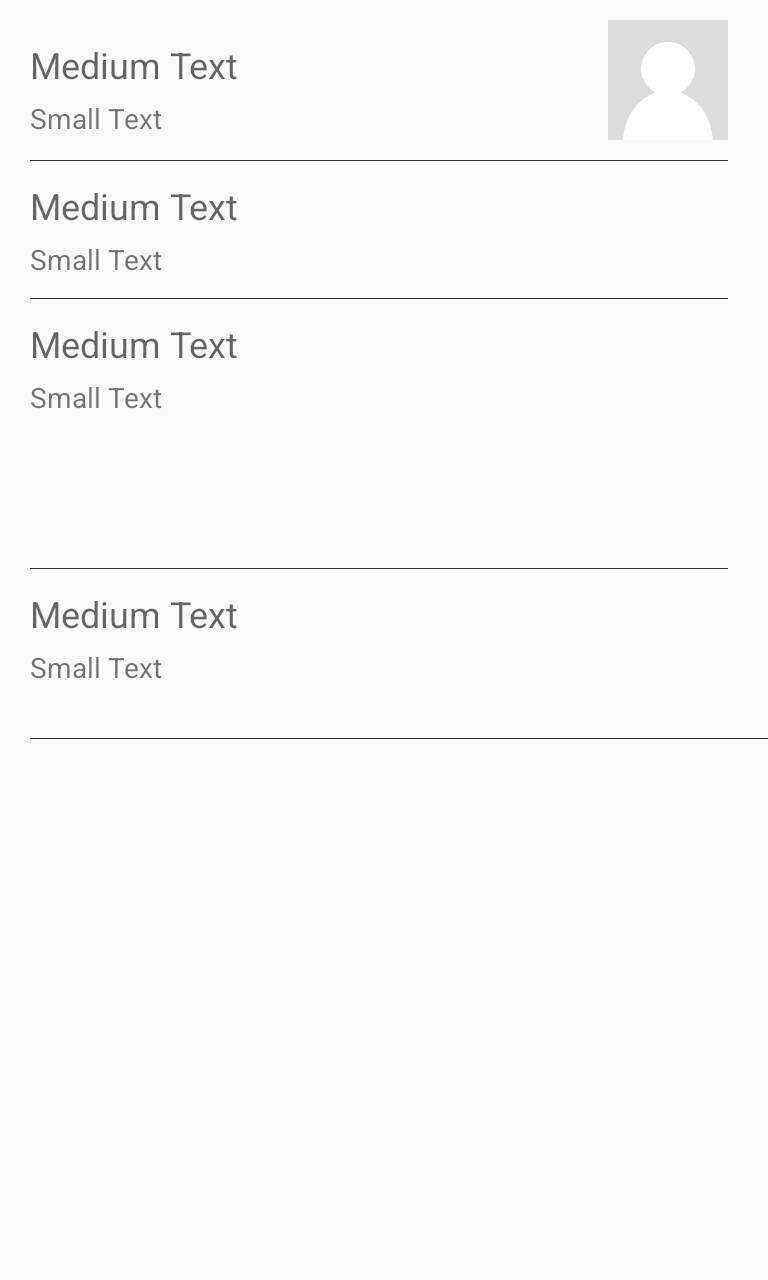
Repository: savindra/cutting-edge
Layout: Humzearch/res/layout/my_account.xml
An editor plug-in stored every save of this project. The layout is shown before and after the next save, followed by the edit.
It is drawn on a 768 x 1280 px phone screen (xhdpi) without system bars, with theme AppTheme; the app's code is not run. Lists and similar views that code fills are empty.

Above is the layout before, as saved 2015-06-19 15:23:38.

After the next save:
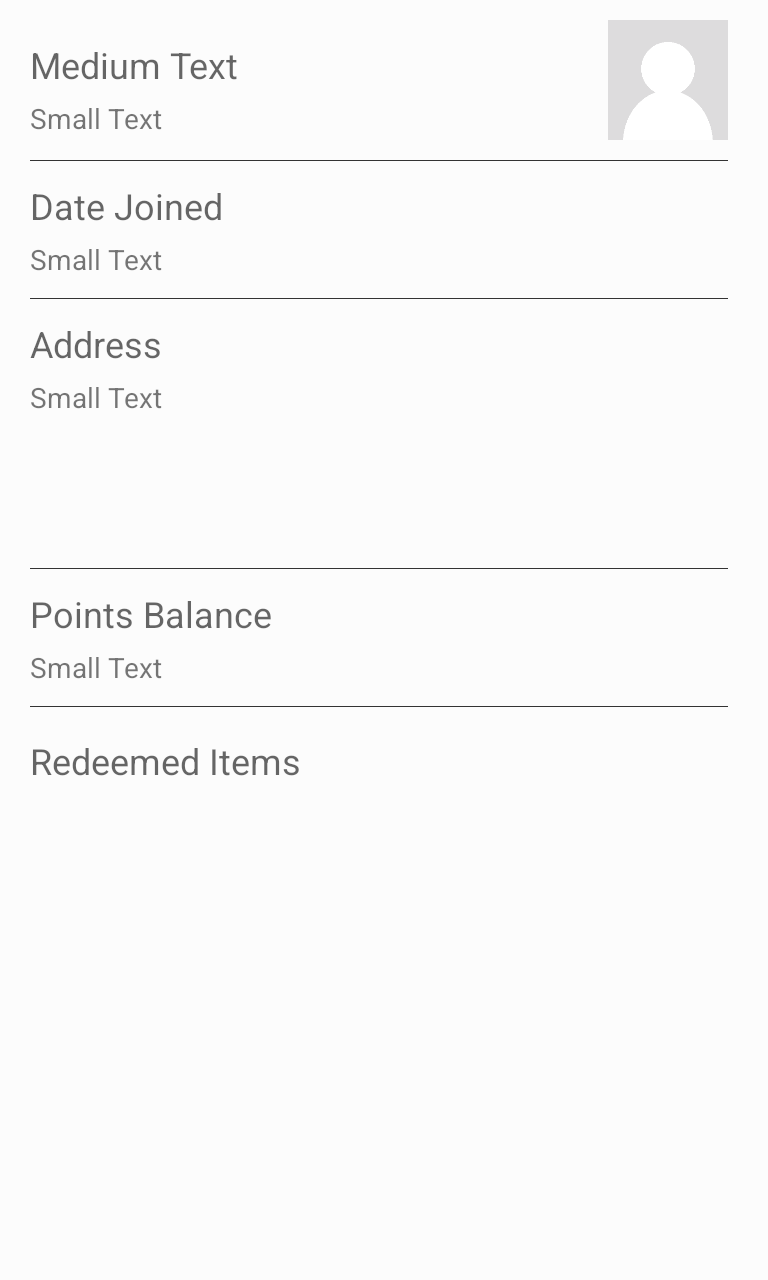
Saved 2 min 54 s later.
--- a/Humzearch/res/layout/my_account.xml
+++ b/Humzearch/res/layout/my_account.xml
@@ -2,6 +2,7 @@
     android:id="@+id/RelativeLayout1"
     android:layout_width="match_parent"
     android:layout_height="match_parent"
+    android:background="@color/background"
     android:orientation="vertical" >
 
     <TextView
@@ -54,7 +55,7 @@
         android:layout_alignLeft="@+id/textView2"
         android:layout_below="@+id/imageView2"
         android:layout_marginTop="10dp"
-        android:text="Medium Text"
+        android:text="@string/datejoined"
         android:textAppearance="?android:attr/textAppearanceMedium" />
 
     <TextView
@@ -84,7 +85,7 @@
         android:layout_alignLeft="@+id/textView4"
         android:layout_below="@+id/imageView3"
         android:layout_marginTop="10dp"
-        android:text="Medium Text"
+        android:text="@string/address"
         android:textAppearance="?android:attr/textAppearanceMedium" />
 
     <TextView
@@ -115,7 +116,7 @@
         android:layout_alignLeft="@+id/textView6"
         android:layout_below="@+id/imageView4"
         android:layout_marginTop="10dp"
-        android:text="Medium Text"
+        android:text="@string/pointsbalance"
         android:textAppearance="?android:attr/textAppearanceMedium" />
 
     <TextView
@@ -134,7 +135,24 @@
         android:layout_height="0.3dp"
         android:layout_alignLeft="@+id/textView8"
         android:layout_below="@+id/textView8"
-        android:layout_marginTop="26dp"
+        android:layout_marginRight="20dp"
+        android:layout_marginTop="10dp"
         android:src="@drawable/color_cursor" />
 
+    <TextView
+        android:id="@+id/textView9"
+        android:layout_width="wrap_content"
+        android:layout_height="wrap_content"
+        android:layout_alignLeft="@+id/textView8"
+        android:layout_below="@+id/textView8"
+        android:layout_marginTop="25dp"
+        android:text="@string/redeemitems"
+        android:textAppearance="?android:attr/textAppearanceMedium" />
+
+    <ListView
+        android:id="@+id/listMyAccountReward"
+        android:layout_width="wrap_content"
+        android:layout_height="wrap_content"
+        android:layout_marginTop="20dip" />
+
 </RelativeLayout>
